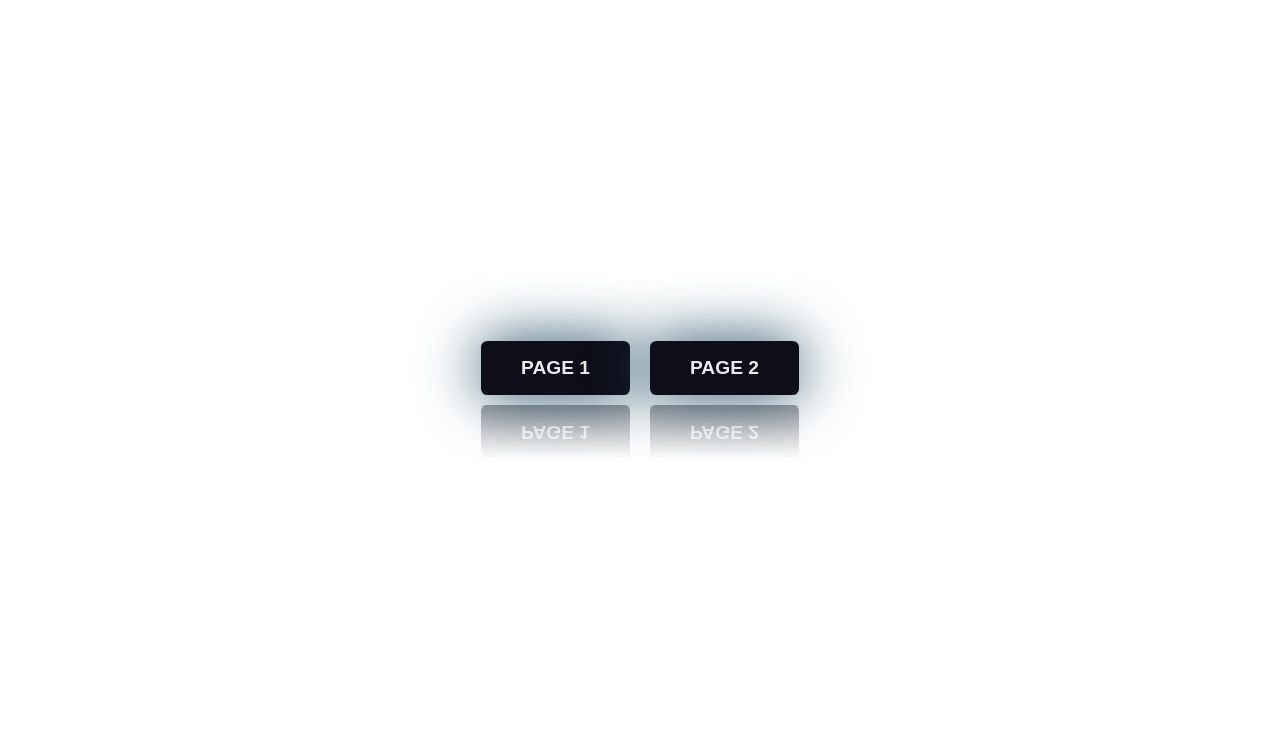
Repository: sharmisthak16/Student-Assignment
Page: / (app in my-project/)
These files come from the project's save history. The page is drawn as it stood at one moment and after a run of saves; the edit follows.
The browser window is 1280 px wide. The pictures show the whole page.
The project was rebuilt for these pictures with package versions that can differ from the ones it lists, and the page was loaded fresh each time. Also part of the build but not shown: my-project/vite.config.js, my-project/src/components/firebase.js, my-project/src/components/LoginForm.css, my-project/src/components/LoginForm.jsx, my-project/src/components/Dashboard.jsx.

Above is the page before, as saved 2025-01-30 19:35:55.

### my-project/index.html
<!doctype html>
<html lang="en">
  <head>
    <meta charset="UTF-8" />

    <meta name="viewport" content="width=device-width, initial-scale=1.0" />
    <title>Assignment</title>
  </head>
  <body>
    <div id="root"></div>
    <script type="module" src="/src/main.jsx"></script>
  </body>
</html>

### my-project/src/App.jsx
import React from 'react';
import { BrowserRouter as Router, Route, Routes } from 'react-router-dom'; // Use Routes instead of Switch
import LoginForm from './components/LoginForm';
import Dashboard from './components/Dashboard'; // Create this component for the dashboard page
import Home from './Pages/Home';

function App() {
  return (
    <Router>
      <Routes>
      <Route path='/' element={<Home/>} />
        <Route path="/" element={<LoginForm />} /> {/* Use element instead of component */}
        <Route path="/dashboard" element={<Dashboard />} /> {/* Use element instead of component */}

      </Routes>
    </Router>
  );
}

export default App;

### my-project/src/Pages/Home.jsx
import React from 'react'
import HomeButtons from '../components/HomeButtons'



function Home() {
  return (
    <div>
      <HomeButtons/>

    </div>
  )
}

export default Home

### my-project/src/components/HomeButtons.jsx
import React from 'react';
import { useNavigate } from 'react-router-dom';
import './HomeButtons.css';

const HomeButtons = () => {
  const navigate = useNavigate();

  return (
    <div className="btn-container">
      <button className="btn" onClick={() => navigate('/')}>Page 1</button>
      <button className="btn">Page 2</button>
    </div>
  );
};

export default HomeButtons;

### my-project/src/components/HomeButtons.css
.btn-container {
  display: flex;
  justify-content: center;
  align-items: center;
  height: 100vh; /* Full viewport height */
  gap: 20px; /* Space between buttons */
  background-color: cre;
}

.btn {
  font-size: 1.2rem;
  padding: 1rem 2.5rem;
  border: none;
  outline: none;
  border-radius: 0.4rem;
  cursor: pointer;
  text-transform: uppercase;
  background-color: rgb(14, 14, 26);
  color: rgb(234, 234, 234);
  font-weight: 700;
  transition: 0.6s;
  box-shadow: 0px 0px 60px #1f4c65;
  -webkit-box-reflect: below 10px linear-gradient(to bottom, rgba(0,0,0,0.0), rgba(0,0,0,0.4));
}

.btn:active {
  scale: 0.92;
}

.btn:hover {
  background: linear-gradient(270deg, rgba(2, 29, 78, 0.681) 0%, rgba(31, 215, 232, 0.873) 60%);
  color: rgb(4, 4, 38);
}

Loaded but not shown: my-project/src/main.jsx (common file); my-project/src/index.css (common file)

After the next 2 saves:
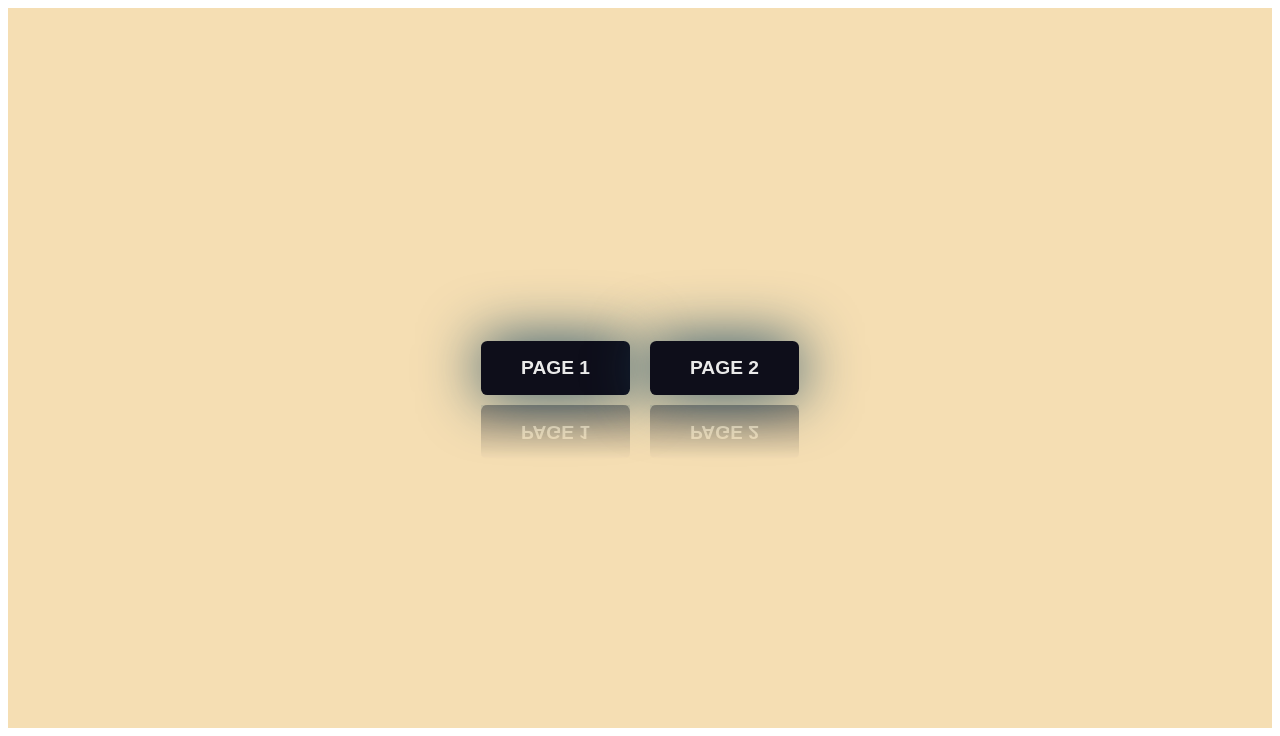
The 2 saves are shown as one change because they came seconds apart.
The last was saved 6 s later.
--- a/my-project/src/components/HomeButtons.css
+++ b/my-project/src/components/HomeButtons.css
@@ -4,7 +4,7 @@
   align-items: center;
   height: 100vh; /* Full viewport height */
   gap: 20px; /* Space between buttons */
-  background-color: cre;
+  background-color: wheat;
 }
 
 .btn {
